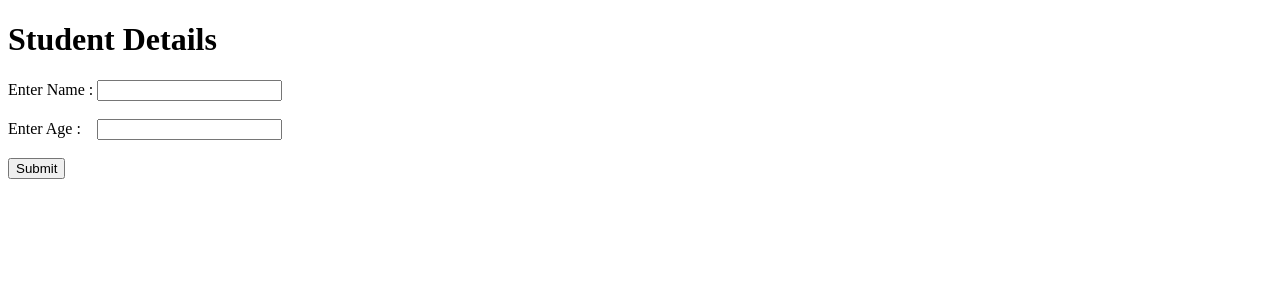
Repository: shafraz17/Servlet
Page: http://localhost/SemLab4/
The author's editor kept a copy of each file at every save. The page is drawn from the files as they stood at one save, then again after the next save.
The browser window is 1280 px wide. The pictures show the whole page.
The page is served by Tomcat 9.

Above is the page before, as saved 2019-01-19 06:01:11.

After the next save:
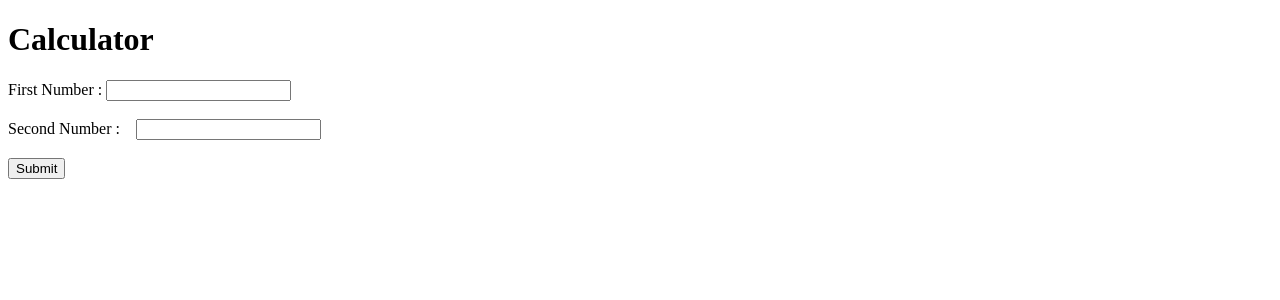
Saved 68 s later.
--- a/JSP LAB/SemLab4/WebContent/index.jsp
+++ b/JSP LAB/SemLab4/WebContent/index.jsp
@@ -4,14 +4,14 @@
 <html>
 <head>
 <meta http-equiv="Content-Type" content="text/html; charset=ISO-8859-1">
-<title>Registration</title>
+<title>Welcome</title>
 </head>
 <body>
 
-<h1>Student Details</h1>
+<h1>Calculator</h1>
 	<form action = "MyServlet" method="post">
-		Enter Name : <input type="text" name="username" id="name"><br><br>
-		Enter Age  : &nbsp;&nbsp;&nbsp;<input type="text" name="age" id="age"><br>
+		First Number : <input type="text" name="username" id="name"><br><br>
+		Second Number  : &nbsp;&nbsp;&nbsp;<input type="text" name="age" id="age"><br>
 		<br>
 		<input type="submit" value="Submit">
 
